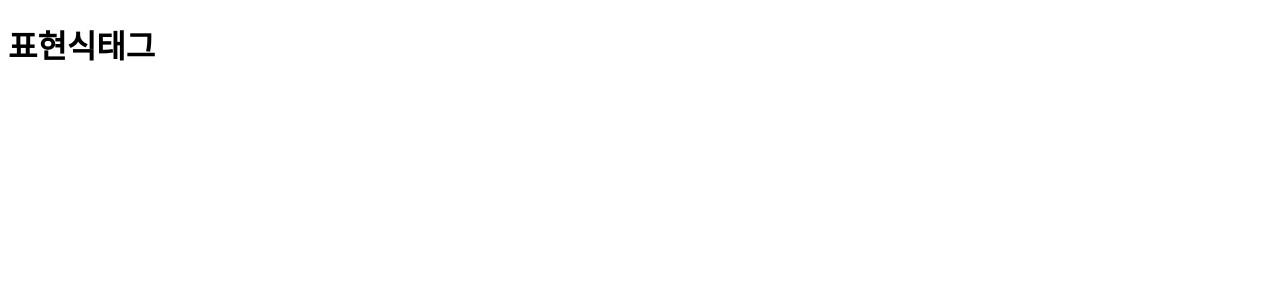
Repository: JWbase/Web_JAVA
Page: http://localhost/04_jspProject/jsp/expressionTag.jsp
The author's editor kept a copy of each file at every save. The page is drawn from the files as they stood at one save, then again after the next save.
The browser window is 1280 px wide. The pictures show the whole page.
The page is served by Tomcat 9.

Above is the page before, as saved 2022-08-30 06:36:31.

After the next save:
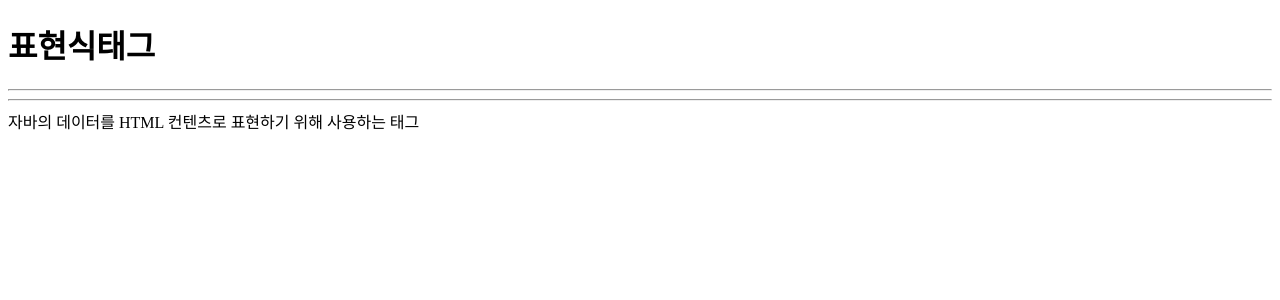
Saved 42 s later.
--- a/web-workspace/04_jspProject/src/main/webapp/jsp/expressionTag.jsp
+++ b/web-workspace/04_jspProject/src/main/webapp/jsp/expressionTag.jsp
@@ -8,5 +8,7 @@
 </head>
 <body>
 	<h1>표현식태그</h1>
+	<hr>
+	<hr>자바의 데이터를 HTML 컨텐츠로 표현하기 위해 사용하는 태그
 </body>
 </html>
